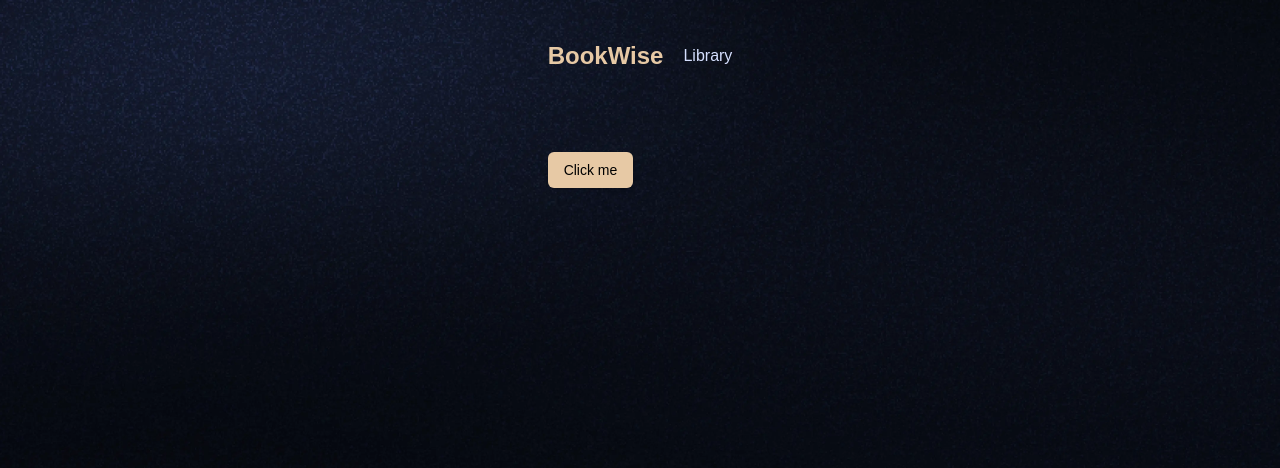
Repository: sodmaq/library
Page: /
The author's editor kept a copy of each file at every save. The page is drawn from the files as they stood at one save, then again after the next save.
The browser window is 1280 px wide. The pictures show the whole page.
Some web fonts or font styles are not loaded; a fallback is used. The project was rebuilt for these pictures with package versions that can differ from the ones it lists, and the page was loaded fresh each time. The framework's server and built-in components were replaced by stand-ins that run in the browser. Also part of the build but not shown: next.config.ts.

Above is the page before, as saved 2025-09-10 06:34:57.

After the next save:
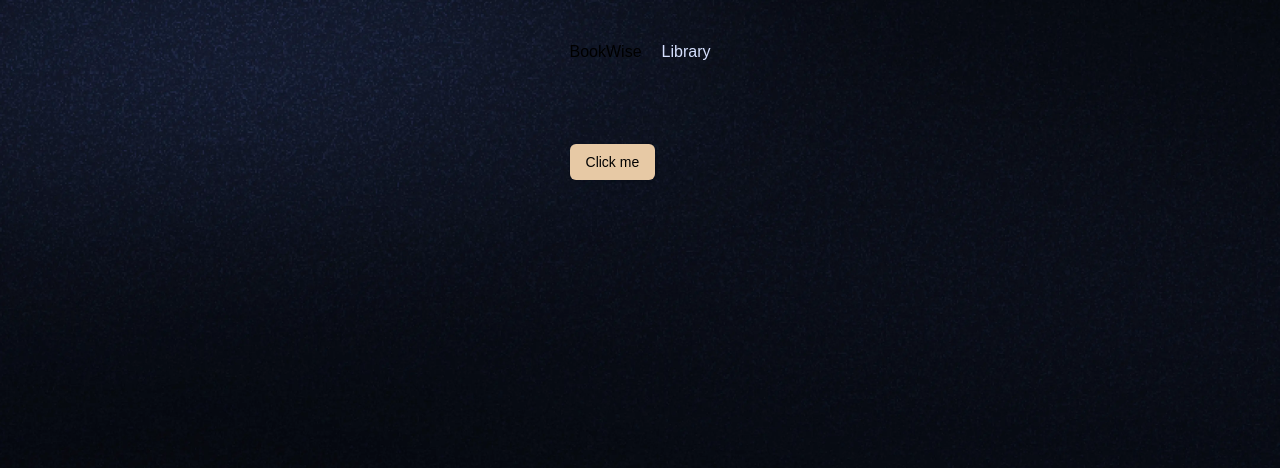
Saved 4 min 44 s later.
--- a/components/Header.tsx
+++ b/components/Header.tsx
@@ -8,9 +8,7 @@ const Header = () => {
   const pathname = usePathname();
   return (
     <header className="my-10 flex justify-between gap-5">
-      <Link href="/" className="text-2xl font-bold text-primary">
-        BookWise
-      </Link>
+      <Link href="/">BookWise</Link>
       <ul className="flex flex-row items-center gap-8">
         <li>
           <Link
